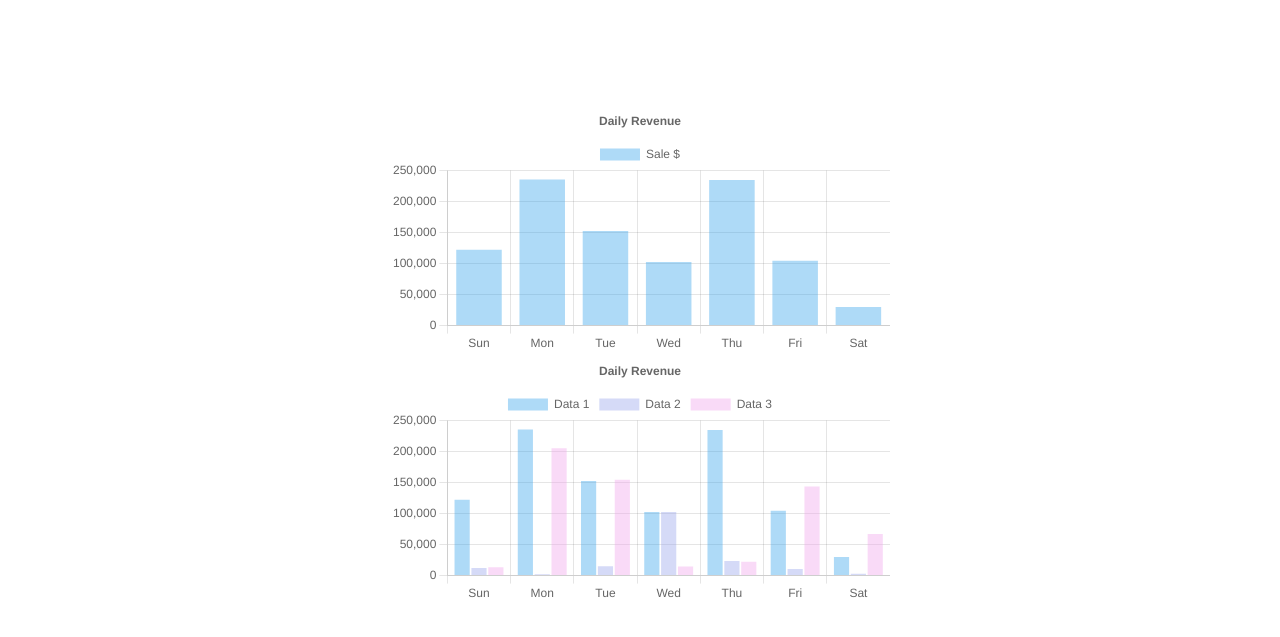
Repository: k8ANStar/exercise-5
Page: /
The author's editor kept a copy of each file at every save. The page is drawn from the files as they stood at one save, then again after the next save.
The browser window is 1280 px wide. The pictures show the whole page.
The project was rebuilt for these pictures with package versions that can differ from the ones it lists, and the page was loaded fresh each time. The framework's server and built-in components were replaced by stand-ins that run in the browser. Also part of the build but not shown: next.config.mjs.

Above is the page before, as saved 2024-04-15 10:25:08.

### pages/index.js
import styles from "@/styles/Home.module.css";
import VerticalChart from "@/components/VerticalChart";
import HorizontalChart from "@/components/HorizontalChart";

export default function Home() {
	return (
		<>
			<main className={`${styles.main} `}>
				<VerticalChart />

				<HorizontalChart />
			</main>
		</>
	);
}

### styles/Home.module.css
.main {
	display: flex;
	flex-direction: column;
	justify-content: space-between;
	align-items: center;
	padding: 6rem;
	min-height: 30vh;
}

### components/VerticalChart/index.js
import styles from "./VerticalChart.module.css";
import { Bar } from "react-chartjs-2";
import {
	Chart as ChartJS,
	CategoryScale,
	LinearScale,
	BarElement,
	Title,
	Tooltip,
	Legend,
} from "chart.js";

import { useEffect, useState } from "react";

ChartJS.register(
	CategoryScale,
	LinearScale,
	BarElement,
	Title,
	Tooltip,
	Legend
);

export default function VerticalChart() {
	const [chartData, setChartData] = useState({
		datasets: [],
	});
	const [chartOptions, setChartOptions] = useState({});

	useEffect(() => {
		setChartData({
			labels: ["Sun", "Mon", "Tue", "Wed", "Thu", "Fri", "Sat"],
			datasets: [
				{
					label: "Sale $",
					data: [122340, 235256, 152455, 102430, 234561, 104326, 30000],
					borderColor: "rgb(53, 162, 235)",
					backgroundColor: "rgb(53, 162, 235, 0.4)",
				},
			],
		});

		setChartOptions({
			plugins: {
				legend: {
					postion: "top",
				},
				title: {
					display: true,
					text: "Daily Revenue",
				},
			},
			maintainAspectRatio: false,
			responsive: true,
		});
	}, []);

	return (
		<div>
			<Bar
				data={chartData}
				options={chartOptions}
				style={{ width: "500px", height: "300px" }}
			/>
		</div>
	);
}

### components/HorizontalChart/index.js
import styles from "./HorizontalChart.module.css";
import { Bar } from "react-chartjs-2";
import {
	Chart as ChartJS,
	CategoryScale,
	LinearScale,
	BarElement,
	Title,
	Tooltip,
	Legend,
} from "chart.js";

import { useEffect, useState } from "react";

ChartJS.register(
	CategoryScale,
	LinearScale,
	BarElement,
	Title,
	Tooltip,
	Legend
);

export default function HorizontalChart() {
	const [chartData, setChartData] = useState({
		datasets: [],
	});
	const [chartOptions, setChartOptions] = useState({});

	useEffect(() => {
		setChartData({
			labels: ["Sun", "Mon", "Tue", "Wed", "Thu", "Fri", "Sat"],
			datasets: [
				{
					label: "Data 1",
					data: [122340, 235256, 152455, 102430, 234561, 104326, 30000],
					borderColor: "rgb(53, 162, 235)",
					backgroundColor: "rgb(53, 162, 235, 0.4)",
				},
				{
					label: "Data 2",
					data: [12340, 2356, 15255, 102430, 23451, 10432, 3000],
					borderColor: "rgb(150, 162, 235)",
					backgroundColor: "rgb(150, 162, 235, 0.4)",
				},
				{
					label: "Data 3",
					data: [13340, 205276, 154555, 14530, 22161, 143326, 67000],
					borderColor: "rgb(240, 162, 235)",
					backgroundColor: "rgb(240, 162, 235, 0.4)",
				},
			],
		});

		setChartOptions({
			plugins: {
				legend: {
					postion: "top",
				},
				title: {
					display: true,
					text: "Daily Revenue",
				},
			},
			maintainAspectRatio: false,
			responsive: true,
		});
	}, []);

	return (
		<div>
			<Bar
				data={chartData}
				options={chartOptions}
				style={{ width: "500px", height: "300px" }}
			/>
		</div>
	);
}

Loaded but not shown: pages/_app.js (common file); pages/_document.js (common file); styles/globals.css (common file); components/HorizontalChart/HorizontalChart.module.css (no stored copy; drawn as an empty file); components/VerticalChart/VerticalChart.module.css (no stored copy; drawn as an empty file)

After the next save:
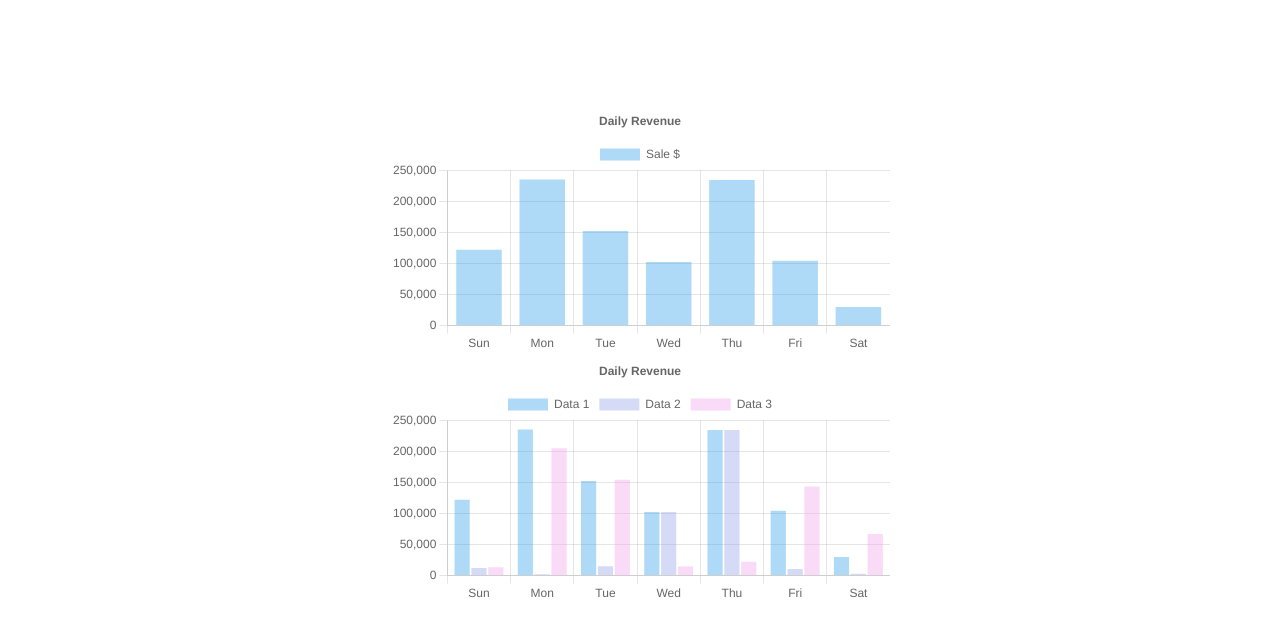
Saved 12 s later.
--- a/components/HorizontalChart/index.js
+++ b/components/HorizontalChart/index.js
@@ -39,7 +39,7 @@ export default function HorizontalChart() {
 				},
 				{
 					label: "Data 2",
-					data: [12340, 2356, 15255, 102430, 23451, 10432, 3000],
+					data: [12340, 2356, 15255, 102430, 234517, 10432, 3000],
 					borderColor: "rgb(150, 162, 235)",
 					backgroundColor: "rgb(150, 162, 235, 0.4)",
 				},
